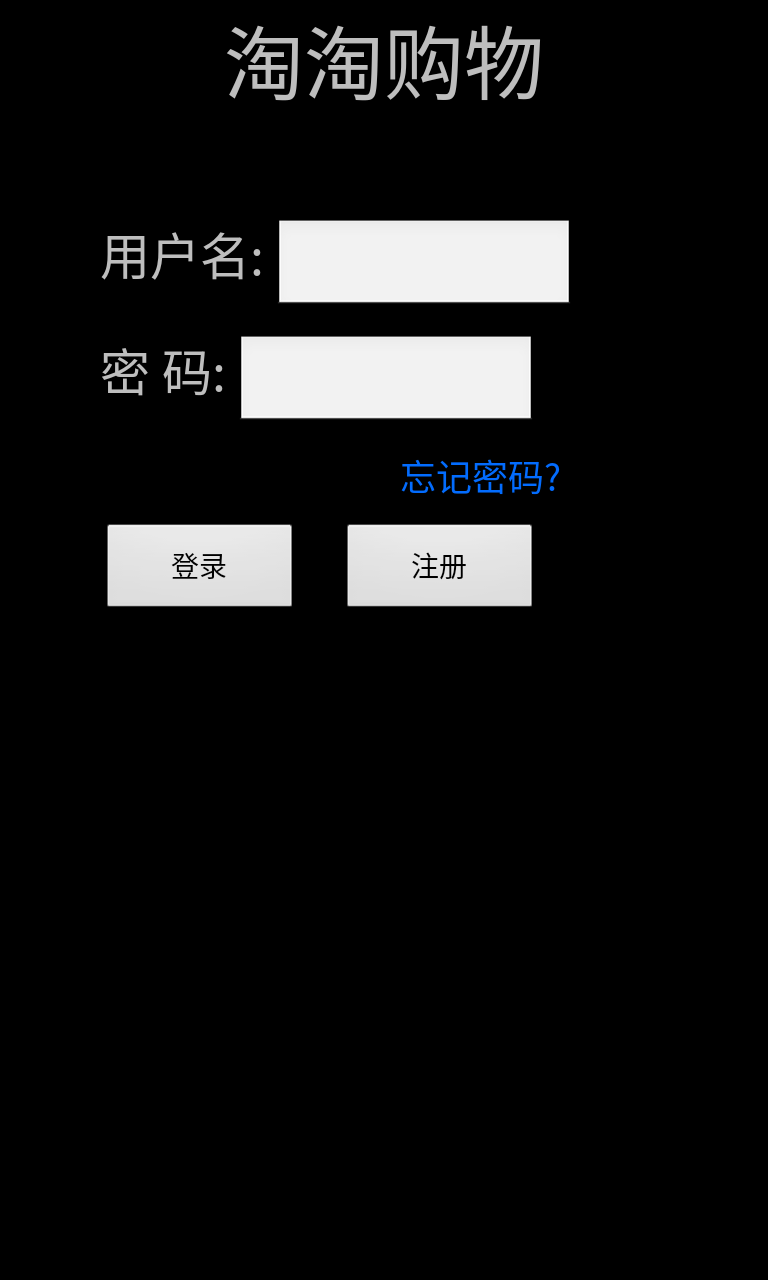
Repository: jcyfkimi/Android-TaoTao
Layout: TaoTao/res/layout/login.xml
An editor plug-in stored every save of this project. The layout is shown before and after a run of saves, followed by the edit.
It is drawn on a 768 x 1280 px phone screen (xhdpi) without system bars, with theme android:Theme; the app's code is not run.

Above is the layout before, as saved 2011-09-13 06:35:13.

After the next 2 saves:
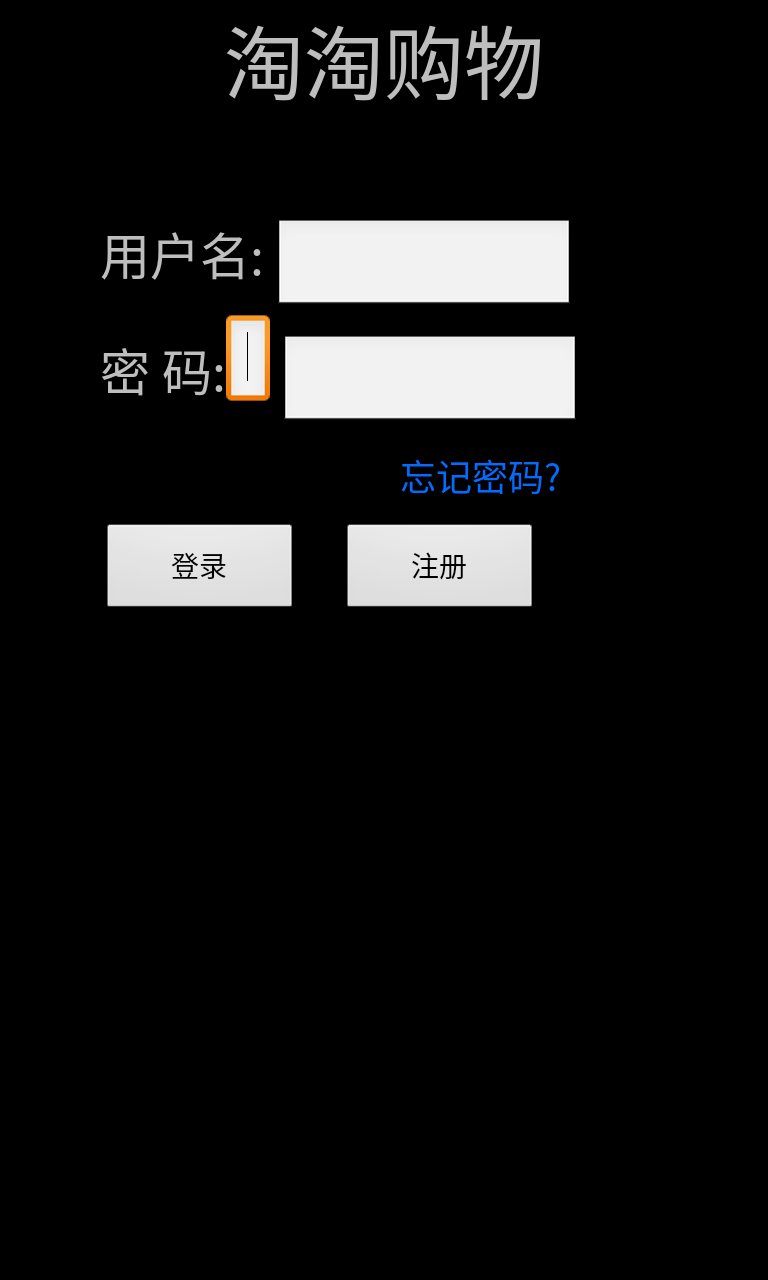
The 2 saves are shown as one change because 1 did not build or start.
The last was saved 3 min 6 s later.
--- a/TaoTao/res/layout/login.xml
+++ b/TaoTao/res/layout/login.xml
@@ -39,9 +39,13 @@
 	    	android:layout_marginTop="10dip"
 	    	android:text="@string/passtext"
 	    	android:textSize="25dip"/>
+	    <EditText android:layout_height="wrap_content" android:id="@+id/editText1" android:inputType="textPassword" android:layout_width="match_parent">
+	        <requestFocus></requestFocus>
+	    </EditText>
 	    <EditText android:id="@+id/upass"
 	    	android:layout_width="150dip"
 	    	android:layout_height="wrap_content"
+	    	android:inputType="textPassword"
 	    	android:layout_marginTop="10dip"
 	    	android:layout_marginLeft="5dip"
 	    	/>

After the save that followed:
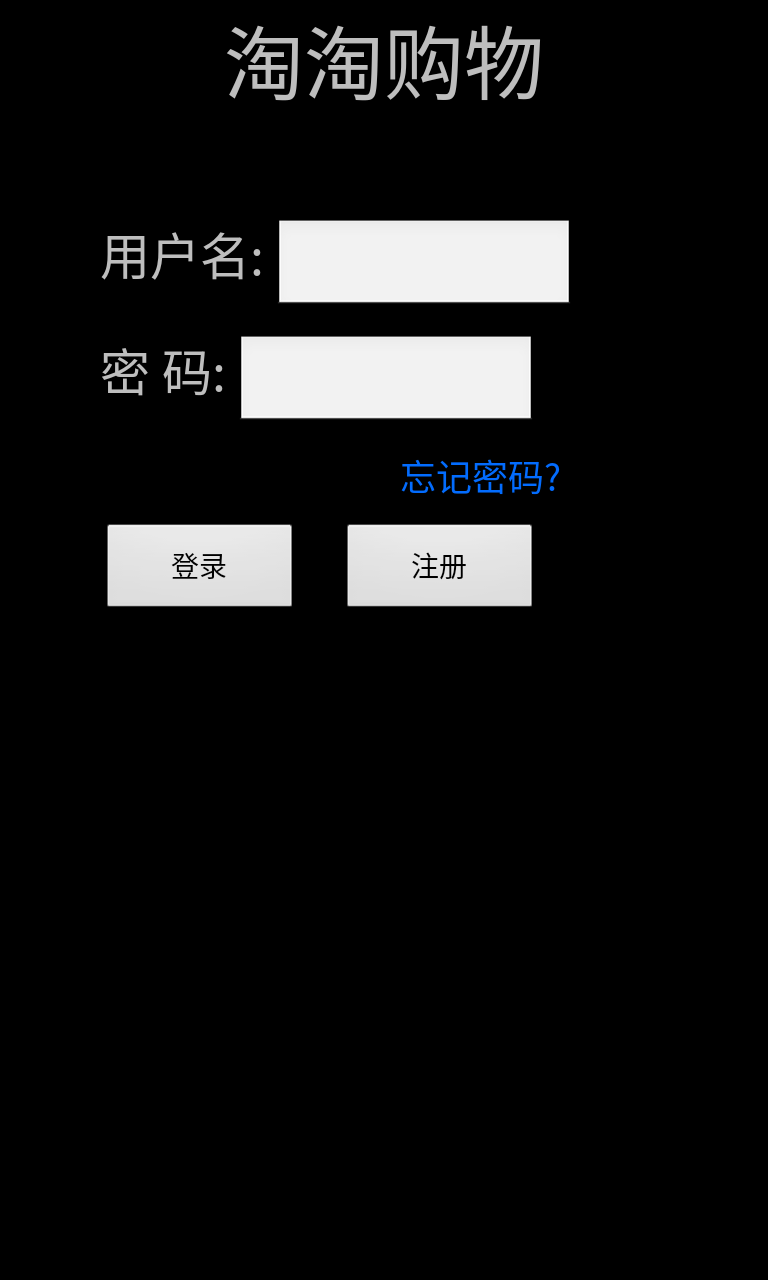
Saved 7 s later.
--- a/TaoTao/res/layout/login.xml
+++ b/TaoTao/res/layout/login.xml
@@ -39,9 +39,6 @@
 	    	android:layout_marginTop="10dip"
 	    	android:text="@string/passtext"
 	    	android:textSize="25dip"/>
-	    <EditText android:layout_height="wrap_content" android:id="@+id/editText1" android:inputType="textPassword" android:layout_width="match_parent">
-	        <requestFocus></requestFocus>
-	    </EditText>
 	    <EditText android:id="@+id/upass"
 	    	android:layout_width="150dip"
 	    	android:layout_height="wrap_content"
